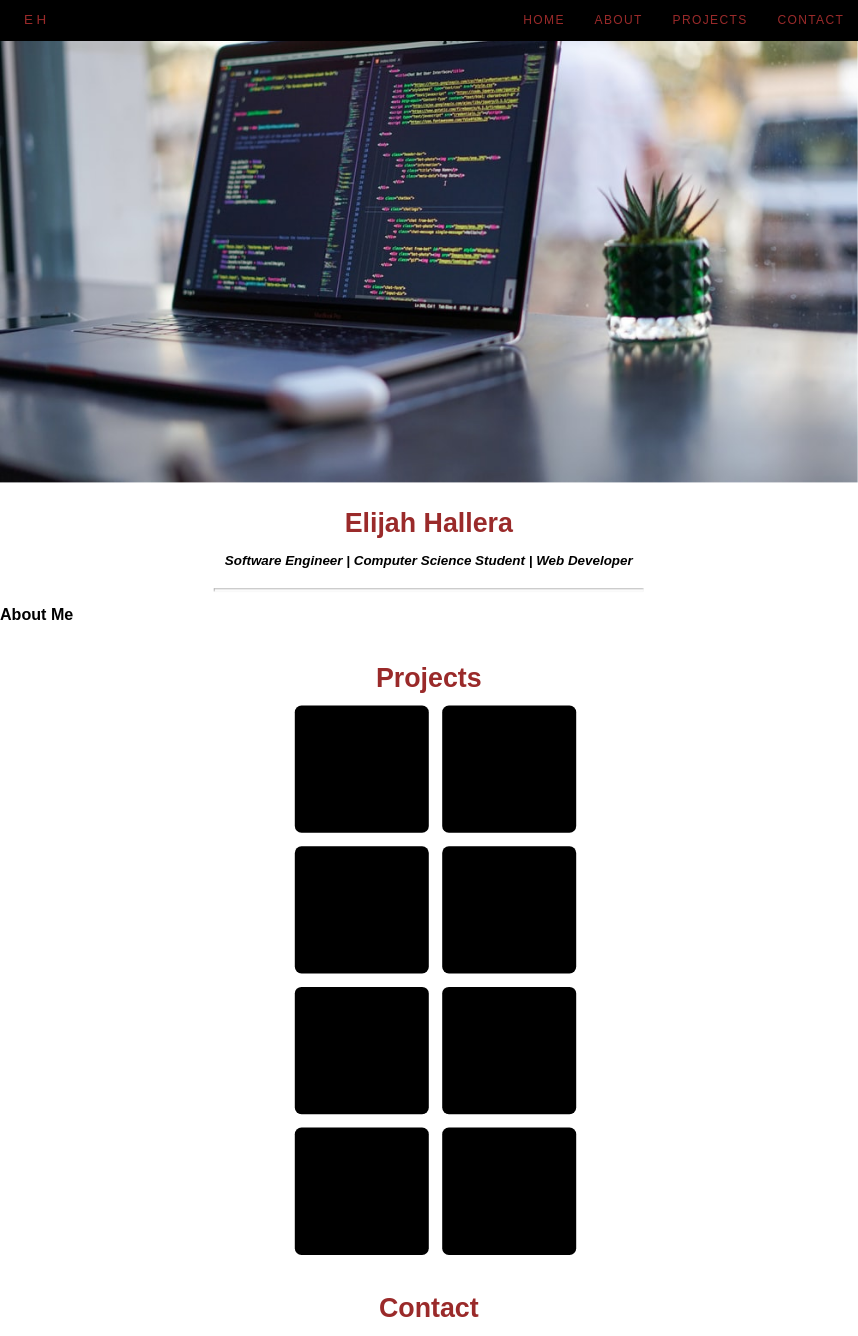
Repository: ElijahHallera/ElijahHallera.github.io
Page: http://localhost/
The author's editor kept a record of every edit. The page is drawn from the files as they stood at one moment, then again after the next edit.
The browser window is 1280 px wide. The pictures show the whole page, at 67% of full size.
Backgrounds fixed to the window are drawn as part of the page. The page is served by the project's Node server (index.js).

Above is the page before.

### views/Homepage.ejs
<%- include ('partials/header'); -%>

<!--

<div class="bg">
	<div class="centered">

		<div class="borderlines">
			<h3> Elijah Hallera </h3>
			<h2> Software Developer/Engineer</h2>
		</div>

		<nav>
			<a href= "/"> <button class="button btn btn-default"> Home </button></a>
			<a href= "/about"> <button class="button btn btn-default"> About </button></a>
			<a href= "/projects"> <button class="button btn btn-default"> Projects </button></a>
			<a href= "/contact"><button class="button btn btn-default"> Contact </button></a>
			</br>
			<a href="https://github.com/ElijahHallera"> <img class="gitIcon" src="images/git2.png"></a>
			<a href="https://www.linkedin.com/in/elijah-hallera-892278199/"><img class="linkedIcon" src="images/LinkedInLogo.png"></a>
		</nav>
	</div>

</div>

-->

<!-- NEW TEMPLATE FOR WEBSITE -->
<div class="wrapper" id="home">
	<header>
		<nav>
			<div class="websiteLogo">
				<a class="Logo" href="#home"> EH </a>
			</div>
			<div class="menu">
				<ul>
					<li><a href="#home">Home</a></li>
					<li><a href="#about">About</a></li>
					<li><a href="#projects">Projects</a></li>
					<li><a href="#contact">Contact</a></li>
				</ul>
			</div>
		</nav>
	</header>

	<div id="about" class="container">
		</br>
		<div class="content">
			<h1>Elijah Hallera</h1>
			<h4>Software Engineer | Computer Science Student | Web Developer</h4>
			<hr>
		</div>
		<div>
			<h2>About Me</h2>
		</div>
	</div>

	<div id="projects">
		</br>
		<div class="content">
			<h1>Projects</h1>
		</div>
		<div class="row">
			<div class="column"> A </div>
			<div class="column"> B </div>
			<div class="column"> A </div>
			<div class="column"> B </div>
		</div>
		<div class="row">
			<div class="column"> A </div>
			<div class="column"> B </div>
			<div class="column"> A </div>
			<div class="column"> B </div>
		</div>
	</div>

	<div id="contact">
		</br>
		<div class="content">
			<h1>Contact</h1>
		</div>
	</div>

</div>

### views/partials/header.ejs
<!DOCTYPE html>
<html>

  <head>
    <title>Hallera Portfolio</title>
    <meta charset="UTF-8">
    <meta name="viewport" content="width=device-width, initial-scale=1.0">
		<link rel='stylesheet' type='text/css' href='app.css'>
		<link rel="stylesheet" href="https://cdnjs.cloudflare.com/ajax/libs/font-awesome/4.7.0/css/font-awesome.min.css">
  </head>

  <body>

### index.js
/* App Configuration */
var express = require('express');
var methodOverride = require('method-override');

var app = express();
var port = process.env.PORT || 8080;

app.use(express.static('public'));
app.set('view engine', 'ejs');

/* Home Route */
app.get('/', function(req, res){
    res.render('Homepage');
});

app.get('/about', function(req, res){
    res.render('About');
});

app.get('/projects', function(req, res){
    res.render('Projects');
});

app.get('/contact', function(req, res){
    res.render('Contact');
});

/* Error Route*/
app.get('*', function(req, res){
   res.render('error');
});

app.listen(port, () => console.log(`Listening on port ${port}`));

### public/app.css
html, body{
  margin: 0;
  padding: 0;
  width: 100%;
}

html{
  scroll-behavior: smooth;
}

body{
  font-family: sans-serif;
}

header{
  width: 100%;
  height: 100vh;
  background-image: url("images/prog.jpg");
  background-repeat: no-repeat;
  background-size: cover;
  background-attachment: fixed;
}

h1{
  text-align: center;
  color: #9A2A2A;
}

h3{
  text-align: center;
}

h4{
  text-align: center;
  font-style: italic;
}

p{
  padding-left: 10px;
  padding-right: 10px;
}

nav{
  position: fixed;
  width: 100%;
  background-color: black;
}

nav ul{
  list-style: none;
  overflow: hidden;
  color: white;
  padding: 0;
  text-align: right;
  margin: 0;
}

nav.black ul{
  background: #000;
}

nav ul li{
  display: inline-block;
  padding: 20px;
}

nav ul li a{
  text-decoration: none;
  color: #9A2A2A;
  font-size: 18px;
  font-family: sans-serif;
  text-transform: uppercase;
  letter-spacing: 2px;
}

a.Logo{
  color: #9A2A2A;
  text-decoration: none;
}

hr{
  position: relative;
  width: 50%;
  height: 3px
}

.centered{
  position: fixed;
  top: 25%;
  left: 50%;
  transform: translate(-50%, -50%);
}

.content{
  width: 100%;
  font-size: 20px;
  line-height: 30px;
  text-align: justify;
}

.gitIcon{
  padding-top: 15px;
  width: 25px;
  height: auto;
  text-align: center;
}

.linkedIcon{
  padding-top: 15px;
  width: 25px;
  height: auto;
  text-align: center;
}

.profilePicture{
  position: center;
  height: 50%;
  width: 50%;
}

.websiteLogo{
  position: fixed;
  float: left;
  color: white;
  margin: 18px 36px;
  text-transform: uppercase;
  letter-spacing: 5px;
  font-size: 20px;
}

.row{
  margin: 20px auto;
  width:400px;
  height:400px;
  background-color: white;
  display: grid;
  grid-template-columns: 200px 200px;
  grid-row: auto auto;
  grid-column-gap: 20px;
  grid-row-gap: 20px;
  .column{
    background-color: black;
    padding:20px;
    border-radius:10px;
    color: black;
    display:flex;
    align-items:center;
    justify-content:center;
    font-size:40px;
    font-family:sans-serif;
  }
}

.column{
    background-color: black;
    padding:20px;
    border-radius:10px;
    color: black;
    display:flex;
    align-items:center;
    justify-content:center;
    font-size:40px;
    font-family:sans-serif;
  }

After the next edit:
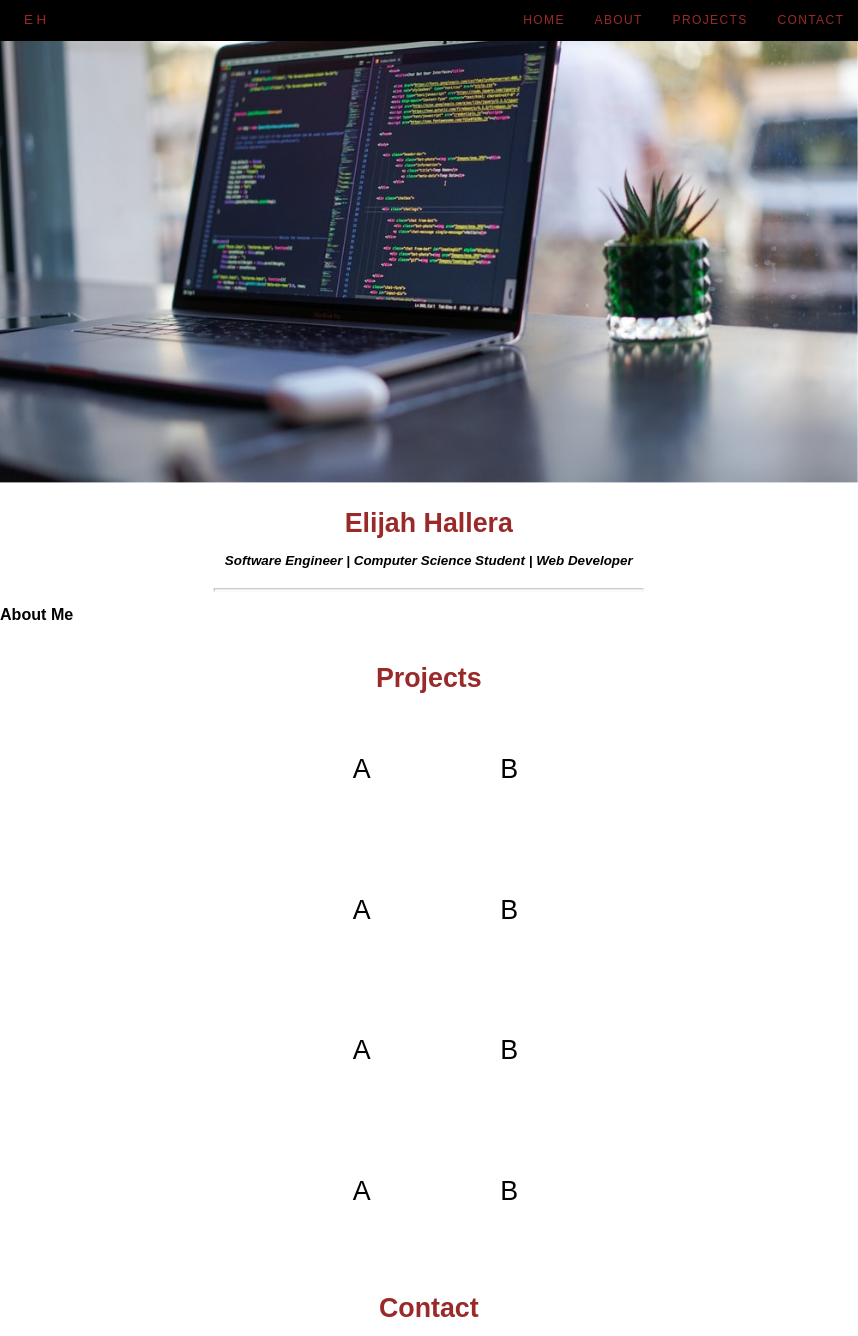
The edit:
--- a/public/app.css
+++ b/public/app.css
@@ -138,8 +138,10 @@
   grid-row: auto auto;
   grid-column-gap: 20px;
   grid-row-gap: 20px;
-  .column{
-    background-color: black;
+}
+
+.column{
+    background-color: white;
     padding:20px;
     border-radius:10px;
     color: black;
@@ -149,16 +151,3 @@
     font-size:40px;
     font-family:sans-serif;
   }
-}
-
-.column{
-    background-color: black;
-    padding:20px;
-    border-radius:10px;
-    color: black;
-    display:flex;
-    align-items:center;
-    justify-content:center;
-    font-size:40px;
-    font-family:sans-serif;
-  }
